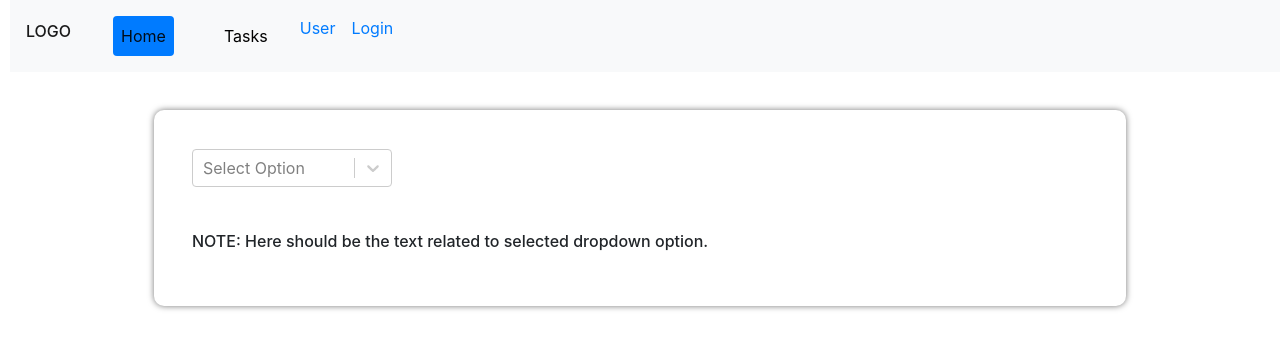
Repository: lalji-yadav/Nimapinfotech-demo-project
Page: /
These files come from the project's save history. The page is drawn as it stood at one moment and after the next save; the edit follows.
The browser window is 1280 px wide. The pictures show the whole page.
The project was rebuilt for these pictures with package versions that can differ from the ones it lists, and the page was loaded fresh each time. Also part of the build but not shown: src/components/Tasks.js, src/components/Users.js, src/components/Login.js.

Above is the page before, as saved 2021-01-18 16:38:26.

### src/index.js
import React from 'react';
import ReactDOM from 'react-dom';
import './index.css';
import App from './App';
// import  Navbar from "../src/components/Navbars";
import reportWebVitals from './reportWebVitals';

import 'bootstrap/dist/css/bootstrap.min.css';

ReactDOM.render(
  <React.StrictMode>
    <App />
  </React.StrictMode>,
  document.getElementById('root')
);

// If you want to start measuring performance in your app, pass a function
// to log results (for example: reportWebVitals(console.log))
// or send to an analytics endpoint. Learn more: https://bit.ly/CRA-vitals
reportWebVitals();

### src/App.js
// import './App.css';
import Navbar from "./components/Navbars";
// import Login from "./components/Login";


function App() {
  return (
    <div>

     <Navbar />
    {/* <Login /> */}

    </div>
  );
}

export default App;

### src/components/Navbars.js
import React from 'react';
import { Navbar,Nav,NavDropdown,Form,FormControl ,Button } from 'react-bootstrap';
import {
  BrowserRouter as Router,
  Switch,
  Route,
  Link
} from "react-router-dom";

import "../App.css";

import Home from "./Home";
import Tasks from "./Tasks";
import User from "./Users";
import Login from "./Login";


const Navbars=()=> {
        return (
            <div>

              <Router>
                  <Navbar bg="light" expand="lg">
                      <Navbar.Brand> <h6>LOGO</h6></Navbar.Brand>
                      <Navbar.Toggle aria-controls="basic-navbar-nav" />
                      <Navbar.Collapse id="basic-navbar-nav">
                      <Nav variant="pills" defaultActiveKey="/">
                        <Nav.Item className="navbar">
                          <Nav.Link href="/">Home </Nav.Link>
                        </Nav.Item>
                        <Nav.Item className='navbar'>
                          <Nav.Link eventKey="link-1"> <Link style={{color:"black"}}  to="/tasks"> Tasks </Link> </Nav.Link>
                        </Nav.Item>
                        <Nav.Item>
                          <Nav.Link eventKey="link-2">
                          <Link to="/user"> User </Link>
                          </Nav.Link>
                        </Nav.Item>

                        <Nav.Item>
                          <Nav.Link eventKey="link-3">
                          <Link to="/login"> Login </Link>
                          </Nav.Link>
                        </Nav.Item>
                      </Nav>
                      </Navbar.Collapse>
                    </Navbar>


                    <Switch>
                      <Route exact path="/" component={Home} />

                      <Route exact path="/user" component={User} />

                      <Route exact path="/tasks" component={Tasks} />

                      <Route exact path="/login" component={Login} />

                    </Switch>
             </Router>

            </div>
        );
    }

export default Navbars;

### src/App.css
.scroll-tab {
    height: 55vh;
    margin: 3% 3% 5% 3%;
    overflow-y: scroll;
    border: "1px solid red";
}
::-webkit-scrollbar{
    width: 12px;
    height: 12px;
}
::-webkit-scrollbar-track {
    box-shadow: inset 0 0 10px #4A4A4A;
    border-radius: 10px;
    }

    ::-webkit-scrollbar-thumb {
    border-radius: 10px;
    background: #4A4A4A;
}

.effect1{
        box-shadow: 0px 0px 6px #777;
        border-radius: 10px;
}

.navbar {
     margin-left: 10px;
     font-size:'1.5vw'
}

### src/components/Home.js
import React, { useState } from 'react';
import Select from 'react-select';

const Home=()=> {

    const data = [
        {
             value: 'Lorem Ipsum is simply dummy text of the printing and typesetting industry Lorem Ipsum has been the industrys standard dummy text ever since the 1500s when an unknown printer took a galley  type and scrambled it to make a type specimen book',
             label: 'Home'
        },
        {
            value: 'It is a long established fact that a reader will be distracted by the readable content of a page when looking at its layout. The point of using Lorem Ipsum is that it has a more-or-less normal distribution of letters, as opposed to using',
            label: 'Contact'
        },
        {
             value: 'It is a long established fact that a reader will be distracted by the readable content of a page when looking at its layout. The point of using Lorem Ipsum is that it has a more-or-less normal distribution of letters, as opposed to using Content here',
            label: 'About'
         },
        {
           value: 'There are many variations of passages of Lorem Ipsum available, but the majority have suffered alteration in some form, by injected humour, or randomised words which dont look even slightly believable If you are going to use a passage of Lorem Ipsum you need to be sure there isnt anything embarrassing hidden in the middle of text',
           label: 'Gallary'
        },
      ];

      const [select, setSelelct] = useState('')

      const handleChange = e => {
        setSelelct(e);
      }

        return (
            <div className="effect1" style={{margin:"3% 12% 0% 12%", padding:'3%'}}>
                <div style={{width:"200px"}}>
                <Select
                    placeholder="Select Option"
                    value={select} // set selected value
                    options={data} // set list of the data
                    onChange={handleChange} // assign onChange function
                />
                </div>

                {select &&
                <div style={{ marginTop: 20, lineHeight: '25px' }}>
                    <b>Selected Option</b><br />
                    <div style={{ marginTop: 10, fontSize:"1.2vw"}}> {select.label}</div>
                    <div style=
                    {{ width:'60%',
                     border:'1px solid green',
                      marginTop: '3%',
                      fontSize:"1.2vw",
                      padding:'5%'}}>
                          {select.value}</div>
                </div>
                }

                <h6 style={{padding:'5% 0% 1% 0%'}}> NOTE: Here should be the text related to selected dropdown option.  </h6>

            </div>
        );
    }

export default Home;

Loaded but not shown: public/index.html (common file); src/index.css (common file); src/reportWebVitals.js (common file)

After the next save:
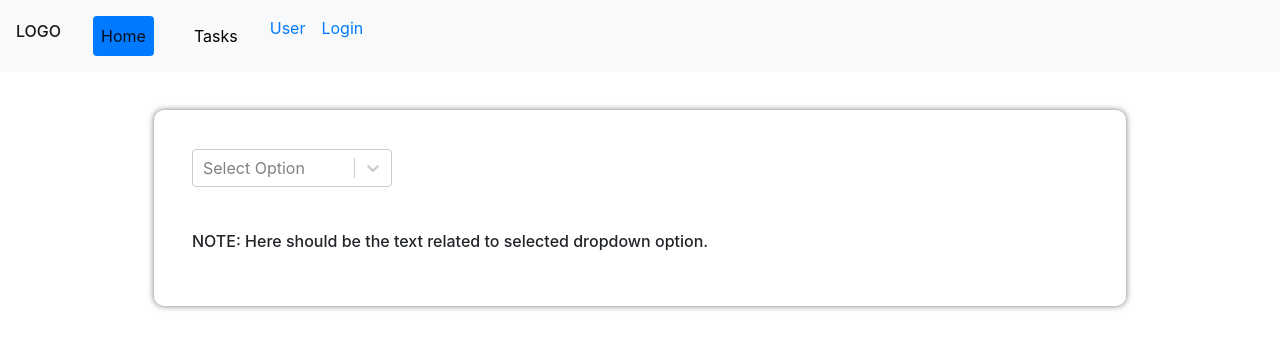
Saved 20 s later.
--- a/src/App.css
+++ b/src/App.css
@@ -23,7 +23,7 @@
         border-radius: 10px;
 }
 
-.navbar {
+.navbarbtn {
      margin-left: 10px;
      font-size:'1.5vw'
 }
